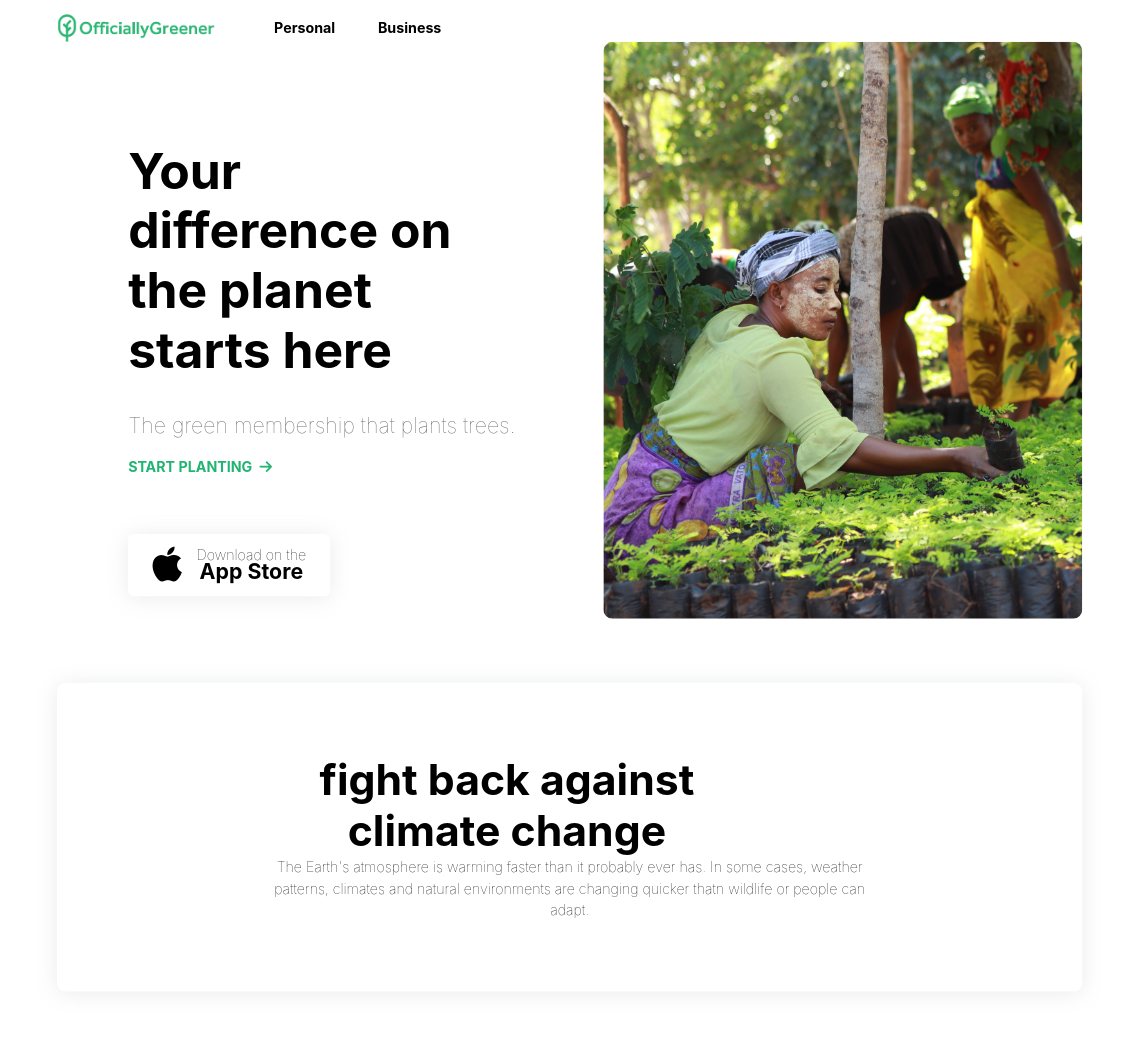
Repository: Sinkycode/Officially-Greener-v2
Page: index.html
An editor plug-in stored every save of this project. The page is shown before and after the next save, followed by the edit.
The browser window is 1280 px wide. The pictures show the whole page, at 89% of full size.
Some web libraries are served in a nearby version.

Above is the page before, as saved 2023-03-08 16:41:49.

After the next save:
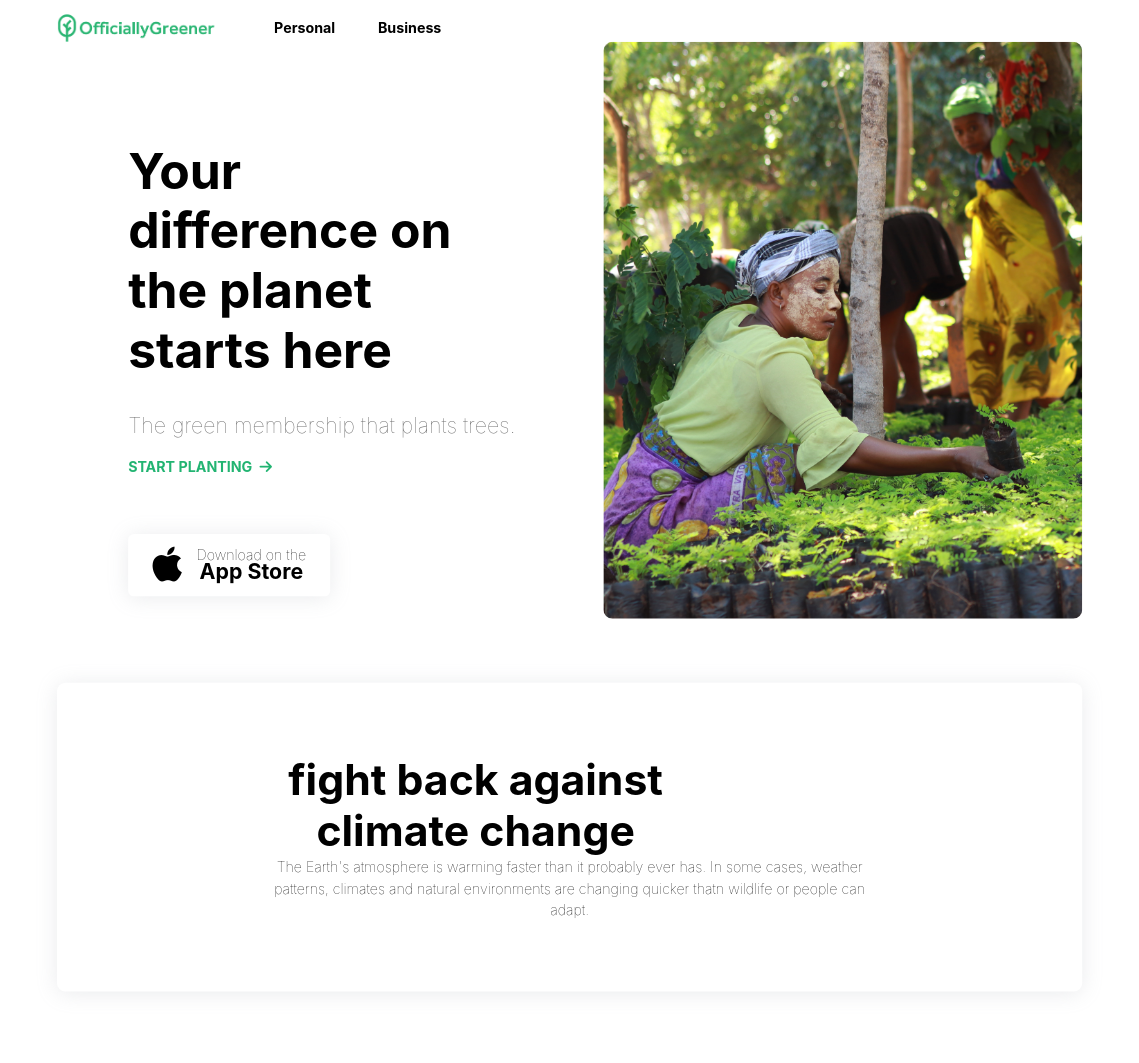
Saved 5 s later.
--- a/style.css
+++ b/style.css
@@ -225,5 +225,5 @@
 }
 
 #note .bigger-txt {
-  width: 80%;
-}
+  width: 70%;
+}
